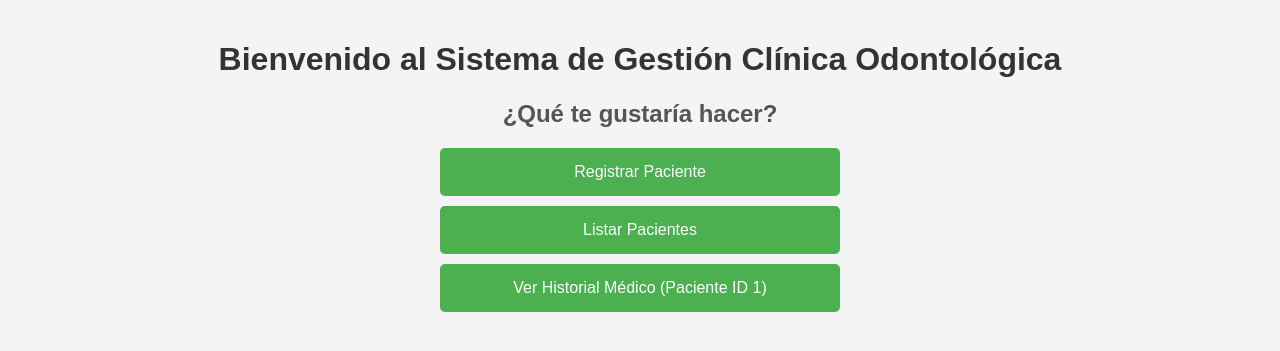
Repository: Aimarvera/LPII_EF_VeraDuran
Page: http://localhost/index
The author's editor kept a copy of each file at every save. The page is drawn from the files as they stood at one save, then again after the next save.
The browser window is 1280 px wide. The pictures show the whole page.
The page is this project's Thymeleaf template; nobody is signed in. The template is opened directly, without the code that normally fills it, so the values that code supplies are empty.

Above is the page before, as saved 2024-10-24 04:44:42.

### Clinica/src/main/resources/templates/index.html
<!DOCTYPE html>
<html xmlns:th="http://www.thymeleaf.org">
<head>
    <meta charset="UTF-8">
    <title>Página Principal - Sistema de Gestión Clínica Odontológica</title>
    <link rel="stylesheet" type="text/css" th:href="@{/css/index.css}"/> <!-- Enlace al CSS -->
</head>
<body>
    <h1>Bienvenido al Sistema de Gestión Clínica Odontológica</h1>
    <h2>¿Qué te gustaría hacer?</h2>

    <ul>
        <!-- Redirige al formulario de registrar paciente -->
        <li><a th:href="@{/pacientes/registrar}">Registrar Paciente</a></li>

        <!-- Redirige a la lista de pacientes -->
        <li><a th:href="@{/pacientes/listar}">Listar Pacientes</a></li>

        <!-- Ejemplo para ver el historial médico de un paciente con ID 1 -->
        <li><a th:href="@{/pacientes/historial/1}">Ver Historial Médico (Paciente ID 1)</a></li>
    </ul>
</body>
</html>

### Clinica/src/main/resources/static/index.css
/* Estilos generales */
body {
    font-family: Arial, sans-serif;
    background-color: #f4f4f4;
    margin: 0;
    padding: 20px;
}

/* Título principal */
h1 {
    color: #333;
    text-align: center;
}

/* Subtítulo */
h2 {
    color: #555;
    text-align: center;
}

/* Lista */
ul {
    list-style-type: none; /* Quita los puntos de la lista */
    padding: 0;
    max-width: 400px; /* Ancho máximo para la lista */
    margin: 20px auto; /* Centra la lista en la página */
}

/* Elementos de la lista */
li {
    background-color: #4CAF50; /* Color de fondo de los elementos de la lista */
    margin: 10px 0; /* Espacio entre los elementos de la lista */
    border-radius: 5px; /* Bordes redondeados */
}

li a {
    display: block; /* Hace que el área del enlace ocupe todo el espacio del li */
    color: white; /* Color del texto */
    text-decoration: none; /* Quita el subrayado */
    padding: 15px; /* Espaciado interno */
    text-align: center; /* Centra el texto */
}

li a:hover {
    background-color: #45a049; /* Color al pasar el mouse */
}

After the next save:
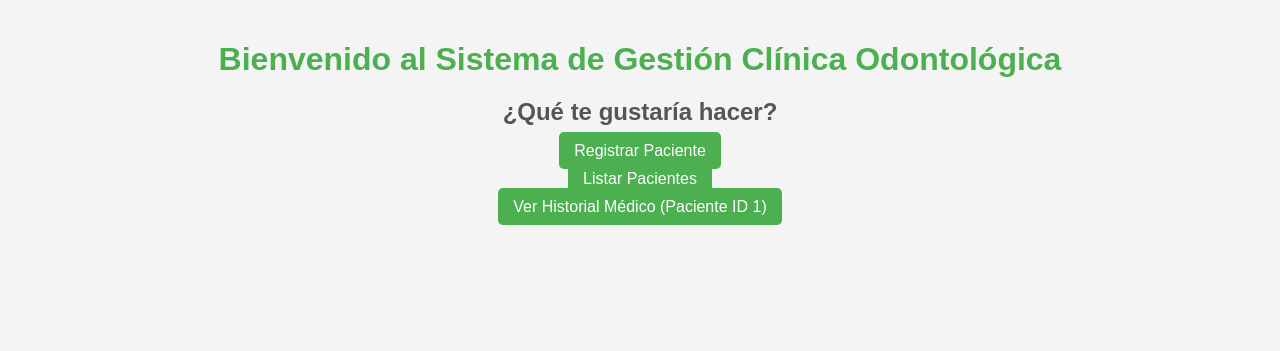
Saved 23 min 47 s later.
--- a/Clinica/src/main/resources/static/index.css
+++ b/Clinica/src/main/resources/static/index.css
@@ -1,46 +1,45 @@
-/* Estilos generales */
+/* Estilo básico para el cuerpo de la página */
 body {
     font-family: Arial, sans-serif;
     background-color: #f4f4f4;
+    color: #333;
     margin: 0;
     padding: 20px;
 }
 
-/* Título principal */
+/* Encabezados */
 h1 {
-    color: #333;
+    color: #4CAF50; /* Verde */
     text-align: center;
+    margin-bottom: 20px;
 }
 
-/* Subtítulo */
 h2 {
-    color: #555;
+    color: #555; /* Gris oscuro */
     text-align: center;
+    margin-bottom: 15px;
 }
 
-/* Lista */
+/* Estilo de la lista */
 ul {
-    list-style-type: none; /* Quita los puntos de la lista */
-    padding: 0;
-    max-width: 400px; /* Ancho máximo para la lista */
-    margin: 20px auto; /* Centra la lista en la página */
+    list-style-type: none; /* Sin viñetas */
+    padding: 0; /* Sin padding */
+    text-align: center; /* Centra el texto de la lista */
 }
 
-/* Elementos de la lista */
 li {
-    background-color: #4CAF50; /* Color de fondo de los elementos de la lista */
     margin: 10px 0; /* Espacio entre los elementos de la lista */
-    border-radius: 5px; /* Bordes redondeados */
 }
 
-li a {
-    display: block; /* Hace que el área del enlace ocupe todo el espacio del li */
-    color: white; /* Color del texto */
-    text-decoration: none; /* Quita el subrayado */
-    padding: 15px; /* Espaciado interno */
-    text-align: center; /* Centra el texto */
+a {
+    text-decoration: none; /* Sin subrayado en los enlaces */
+    background-color: #4CAF50; /* Verde */
+    color: white; /* Texto blanco */
+    padding: 10px 15px; /* Espaciado interno */
+    border-radius: 5px; /* Bordes redondeados */
+    transition: background-color 0.3s; /* Transición suave para el cambio de color */
 }
 
-li a:hover {
-    background-color: #45a049; /* Color al pasar el mouse */
+a:hover {
+    background-color: #45a049; /* Color verde más oscuro al pasar el ratón */
 }
